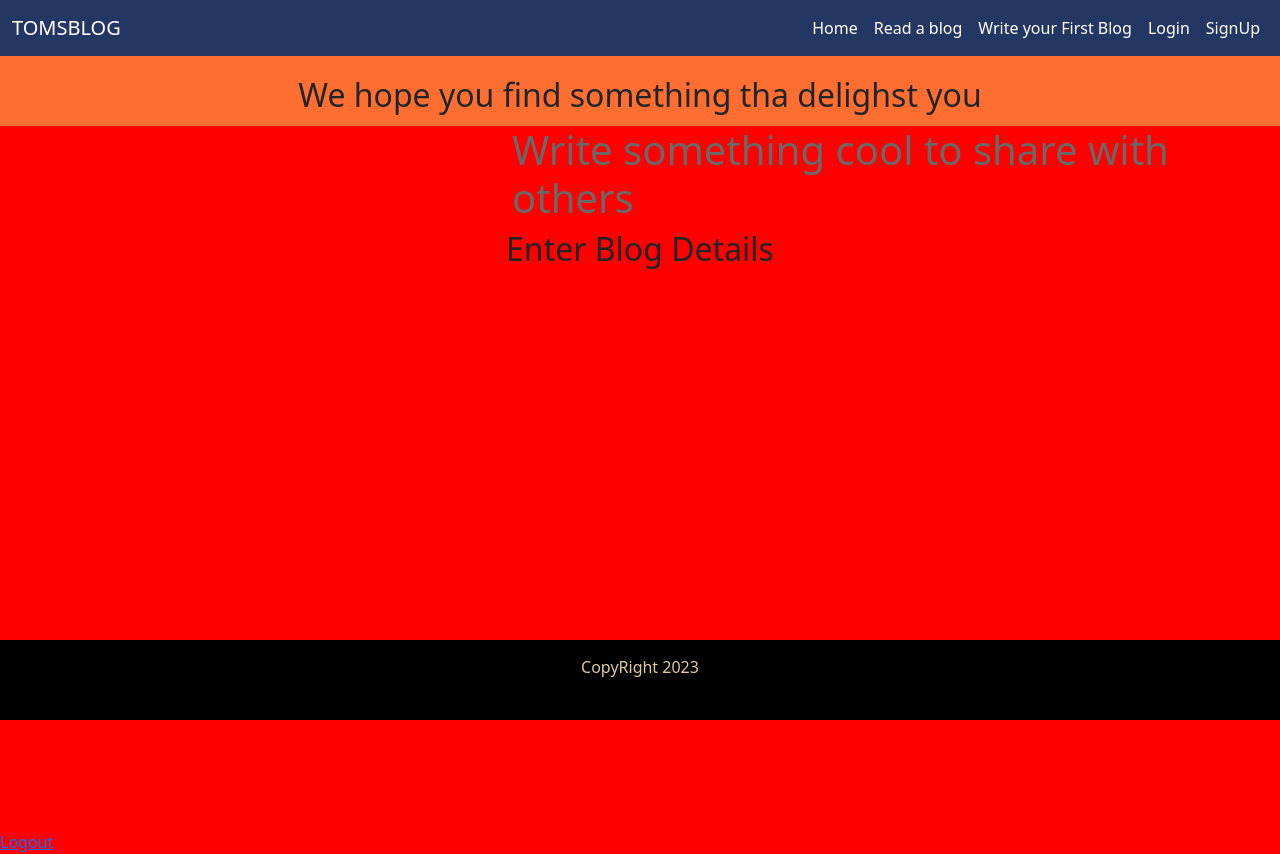
Repository: ThomasEbere/Java-Project-BlogApp
Page: http://localhost/BlogApp/WEB-INF/views/editblog.jsp
These files come from the project's save history. The page is drawn as it stood at one moment and after the next save; the edit follows.
The browser window is 1280 px wide. The pictures show the whole page.
The page is served by Tomcat 9. Nobody is signed in. Other server files are loaded and not shown. The template is opened directly, without the code that normally fills it, so the values that code supplies are empty.

Above is the page before, as saved 2023-04-04 14:06:23.

### BlogApp/src/main/webapp/WEB-INF/views/editblog.jsp
<%@taglib prefix="c" uri="http://java.sun.com/jsp/jstl/core"%>
<%@ page language="java" contentType="text/html; charset=UTF-8"
    pageEncoding="UTF-8"%>
<%@ taglib prefix="form" uri="http://www.springframework.org/tags/form"%>
<!DOCTYPE html>
<html>
<head>
<meta charset="UTF-8">
<title>Create Blog Page</title>
<link href="https://cdn.jsdelivr.net/npm/bootstrap@5.3.0-alpha1/dist/css/bootstrap.min.css" rel="stylesheet" integrity="sha384-GLhlTQ8iRABdZLl6O3oVMWSktQOp6b7In1Zl3/Jr59b6EGGoI1aFkw7cmDA6j6gD" crossorigin="anonymous">
<link href="/BlogApp/resources/css/myfile.css"
    rel="stylesheet">
</head>
<body class="createblog" >
<nav class="navbar navbar-expand-lg bg-custom">
  <div class="container-fluid">
    <a class="navbar-brand" href="/BlogApp">TOMSBLOG</a>
    <button class="navbar-toggler" type="button" data-bs-toggle="collapse" data-bs-target="#navbarNavAltMarkup" aria-controls="navbarNavAltMarkup" aria-expanded="false" aria-label="Toggle navigation">
      <span class="navbar-toggler-icon"></span>
    </button>
    <div class="collapse navbar-collapse" id="navbarNavAltMarkup">
              <a class="navbar-nav ms-auto"></a>

      <div class="navbar-nav">
        <a class="nav-link active" aria-current="page" href="/BlogApp">Home</a>
        <a class="nav-link" href="showallblog">Read a blog</a>
        <a class="nav-link" href="createblog">Write your First Blog</a>
        <a class="nav-link" href="userlogin">Login</a>
        <a class="nav-link" href="users">SignUp</a>
      </div>
    </div>
  </div>
</nav>

<header>
<h2>We hope you find something tha delighst you</h2>
</header>
<h1>Write something cool to share with others</h1>
<h2 class="success">You have successfully created a blog</h2>
<div class="blogdiv">
<div class="blogdetails">
<h2>Enter Blog Details</h2>

<c:forEach var="blog" items="${blogs}">
 <div class="blogitem">

   <form:form class ="create" action="updateblog" method="post" modelAttribute="blog">
 	<form:label path="blogTitle">Blog Title</form:label>
           <form:input path="blogTitle" name="blogTitle" value="${blog.blogTitle}" autofocus="true"/><br/>

 	<form:label path="blogArthur" >Blog Arthur</form:label>
           <form:input path="blogArthur" name="blogArthur" value= "${blog.blogArthur}"/><br/>
           <form:textarea path="blogContent" name="blogContent"  class="text-area" autocomplete="off" placeholder="${blog.blogContent }"></form:textarea><br/>

<input type="submit" value="Save Update">
</form:form>
</div>
</c:forEach>

</div>
</div>
<a href="${pageContext.request.contextPath }/logout">Logout</a>
<script async src="/BlogApp/resources/Js/app.js?1201"></script>
<footer class="index-footer">
   <p>CopyRight 2023</p>
   </footer>
</body>
</html>

### BlogApp/src/main/webapp/resources/css/myfile.css



h1{
	color:#696969;
	margin-left:40%;
}

.createblog{
	background-color:red;
}

/* .blogdiv
{
	background-color:#f2f2f2;
	border-radius:5px;
	width:50%;
	margin:40px auto;
	height:700px;
	padding:20px;
} */

input[type=text]{
  width: 55%;
  padding: 12px 0;
  margin-top: 4%;
  margin-left:30%;
  display: block;
  border: 1px solid #ccc;
  border-radius: 4px;
  box-sizing: border-box;
  cursor: pointer;
  position:absolute
}



input[type=submit] {
  width: 30%;
  background-color: #4CAF50;
  color: white;
  padding: 14px 0;
  margin: 8px auto;
  border: none;
  border-radius: 4px;
  cursor: pointer;
  display:block;
}

.text-area
{
	width:50%;
	height:300px;
	margin-left:25%;
}

.success{
	display:none;
}

.blogdetails h2
{
	text-align:center;
}


.blogdetails
{
	width:80%;
	height:600px;
	margin:0px auto;
}

.showallblogs{
	background-color:#92A1B3;
	min-height:100%;
	position: relative;
}

.card{
	display: inline-block;
	background-color: white;
	left:2%;
	margin:10px 10px;
	top:5%;
}

.blogcontainer
{
	position: absolute;
	width:100%;
	height:auto;
	background-color:#FFEBB7;
}
.blog-innercontainer{
	position:relative;
	width:90%;
	height: auto;
	left:8%;
	margin-top: 3%;
	margin-bottom:6%;
}


.blogDate
{
	position:absolute;
	left:60%;
	top:77%;
}

.w-25
{
	width:20%!important;
}

.card-text{
	text-overflow: ellipsis;
	width: 200px;
	white-space: nowrap;
	overflow: hidden;
}

.blogpage
{
	background-color:#594D5B;
	height: 100%;
}

.blogitem
{
	margin:10px auto;
	width:60%;
	height:600px;
	background-color:grey;
	position: absolute;
	top: 20%;
	left: 20%;
}

.blogone{
	width:70%;
	height:400px;
	background-color: red;
	position: relative;
	left: 15%;
	top: 5%;
}

.datepub{
	position: absolute;
	top: 92%;
	left:55%;
	color: navy;
	font-family: Verdana;
	font-size: 20px;
}
.blogpage h5{
	text-align: center;
	color: green;
	margin-top: 2%;
	font-family: Verdana;
	font-size: 20px;
}
.mylike{
	display:none;
}

.bg-custom{
	background-color: #243763;
}


.navbar-nav .nav-link{
	color: white !important;
}

.container-fluid .navbar-brand{
	color:white;
}

header{
	background-color:#FF6E31;
	height:70px;
	text-align:center;
	padding:20px;

}

.homepage{
	width:100%;
	height:630px;
	background-color:#FFEBB7;
}

.homepage h1{
	position:absolute;
	top:40%;
	right:40%;
	font-family:cursive;
	font-size:35px;
	display:inline-block;
	color:#00435b;
}
.index-footer
{
	background:black;
	text-align:center;
	padding:15px;
	color:#DFCAA0;
	width:100%;
	height: 80px;
	z-index: 1;
	position: fixed;
	bottom: 0;
}

/* .showallblogs .index-footer{
	z-index: 1;
	position: fixed;
	bottom: 0;
} */

.loginpage{
	width: 100%;
	position: absolute;
	top:120px;
	bottom: 80px;
	background-color: #FFEBB7;
}

.logindiv{
	position: absolute;
	left: 25%;
	top:10%;
	width: 50%;
	height: 400px;
	background-color: #92A1B3;
}

.emailinput{
	position: relative;
	top: 15%;
	left:10%;
	width: 80%;
	height:90px;
}

label{
	display: inline;
}


.emailinput label{
	display: inline;
	position: absolute;
	top: 41%;
	margin-left: 12%;
}



.passwordinput{
	position: absolute;
	top: 45%;
	left:10%;
	width: 80%;
	height:70px;
}

.passwordinput .mypass{
	width: 55%;
  padding: 14px 0;
  margin-top: 8px;
  margin-left:31%;
  border: none;
  border-radius: 4px;
  cursor: pointer;
  display:inline-block;
  position: absolute;
}

.passwordinput label{
	display: inline;
	position: absolute;
	top: 38%;
	margin-left: 10%;
}

.passwordinput .eye
{
	display: inline;
	position: absolute;
	left: 90%;
	top:40%;
}

.mylogin-button{
	position: absolute;
	top:57%;
	left:50%;
}

.signup
{
	position: absolute;
	width: 50%;
	height: 500px;
	top: 10%;
	left: 25%;
	background-color: red;
}

.signup h3{
	text-align: center;
	margin-top: 3%;
}

.signup input{
	width: 70%;
	margin-left: 24%;
}
.firstname{

	position: absolute;
	width: 80%;
	height: 40px;
	left: 10%;
	top:10%;
}

.firstname label{
	position: absolute;
	top: 72%;
}

.lastName{

	position: absolute;
	width: 80%;
	height: 40px;
	left: 10%;
	top:30%;
}
.lastName label{
	position: absolute;
	top: 72%;
}
.email{

	position: absolute;
	width: 80%;
	height: 40px;
	left: 10%;
	top:50%;
}

.email label{
	position: absolute;
	top: 72%;
}

.password{
	position: absolute;
	width: 80%;
	height: 40px;
	left: 10%;
	top:75%;
}

.password .signpass{
	padding: 12px 0;
	margin-left: 11%;
	border-radius: 4px;
	box-sizing: border-box;
	cursor: pointer;
	border: 1px solid #ccc;
	width: 70%;
}

.reg{
	position: absolute;
	left:50%;
	top:90%;
}

### BlogApp/src/main/webapp/resources/Js/app.js

window.onload=function(){
const createdata=document.querySelector('.create');
const blogdiv=document.querySelector('.blogdiv');
const success=document.querySelector('.success');

const togglePassword=document.querySelector('#togglePassword');
const password=document.querySelector('#id_password');

const blogbox=document.querySelector('.blogitem');
const liked=document.querySelector('.mylike');
const button=document.querySelector('button');



/*createdata.addEventListener('submit', e =>{
blogdiv.style.setProperty('display','none');
success.style.setProperty('display','block');
});*/


if(togglePassword)
{
    togglePassword.addEventListener('click', e =>{
        const type= password.getAttribute('type') === 'password' ? 'text' : 'password';
        password.setAttribute('type', type);

        togglePassword.classList.toggle('fa-eye-slash');
    });
}


let count=0;
if(liked)
{
    console.log(liked.innerText);
}
// if(blogbox){
//     blogbox.addEventListener('click', d => {
//         if(d.target.classList.contains('added')){
//             d.preventDefault();
//             getElementByI
//             count++;
//             blogbox.querySelector('span').textContent=`${count}`;
//          liked.style.setProperty('display', 'block','important');
//          button.disabled=true;
//         }

//     })
// }

}

After the next save:
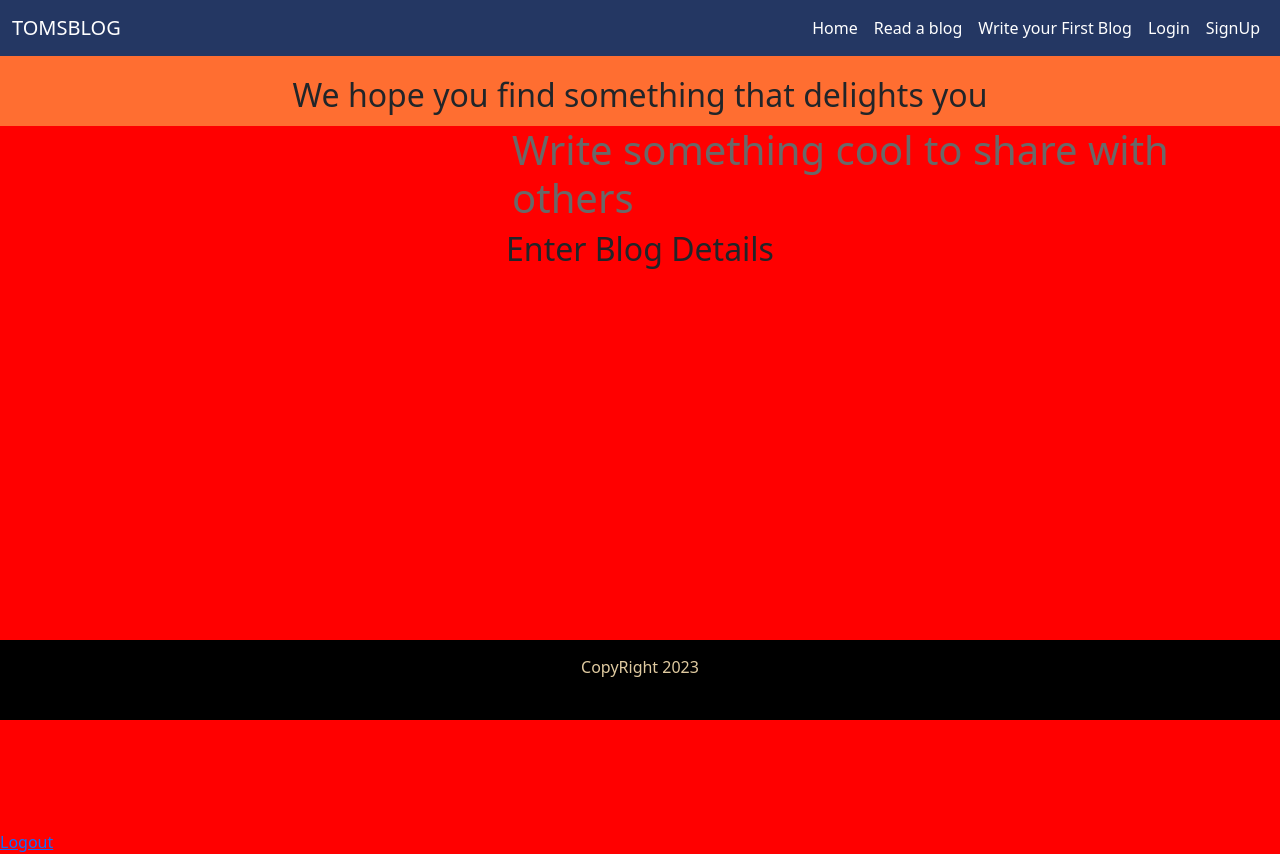
Saved 8 s later.
--- a/BlogApp/src/main/webapp/WEB-INF/views/editblog.jsp
+++ b/BlogApp/src/main/webapp/WEB-INF/views/editblog.jsp
@@ -33,7 +33,7 @@
 </nav>
 
 <header>
-<h2>We hope you find something tha delighst you</h2>
+<h2>We hope you find something that delights you</h2>
 </header>
 <h1>Write something cool to share with others</h1>
 <h2 class="success">You have successfully created a blog</h2>
